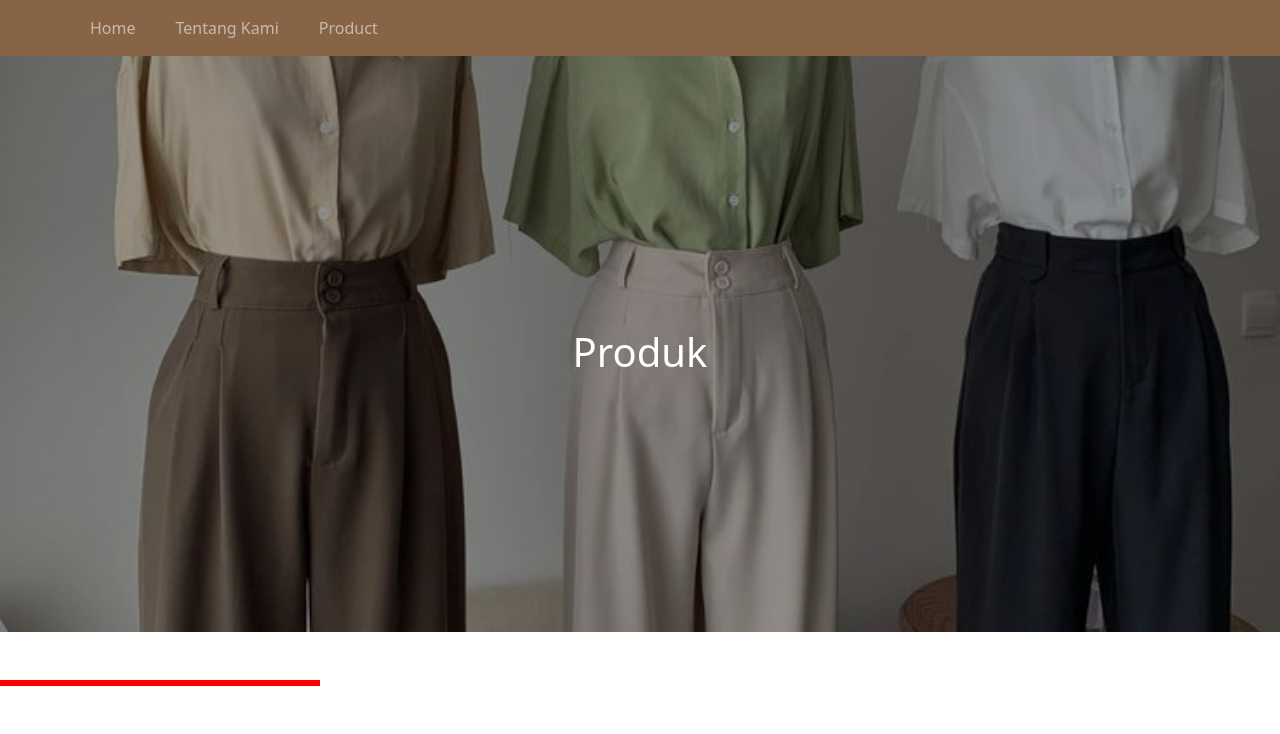
Repository: herman165/tugas_uas
Page: http://localhost/produk.php
These files come from the project's save history. The page is drawn as it stood at one moment and after the next save; the edit follows.
The browser window is 1280 px wide. The pictures show the whole page.
The page is run by PHP 8.4 with error messages shown; the project is at /var/www/html/.

Above is the page before, as saved 2024-12-11 03:14:55.

### produk.php

<!DOCTYPE html>
<html lang="en">
<head>
    <meta charset="UTF-8">
    <meta name="viewport" content="width=device-width, initial-scale=1.0">
    <title>Produk-Page</title>
    <link rel="stylesheet" href="bootstrap/css/bootstrap.min.css">
    <link rel="stylesheet" href="fontawesome/css/all.min.css">
    <link rel="stylesheet" href="css/style.css">
</head>
<body>
    <!-- navbar -->
    <?php require "navbar.php" ?>

    <!-- benner -->
     <div class="container-fluid banner d-flex align-items-center">
        <div class="container">
            <h1 class="mt-4 text-white text-center">Produk</h1>
        </div>
     </div>

    <!-- layout produk -->
        <div class="container-fluid py-5">
            <div class="row">
                <div class="col-md-3" style="border: solid red; height: "></div>
                <div class="col-md-6"></div>
            </div>
        </div>


    <script src="bootstrap/js/bootstrap.bundle.min.js"></script>
    <script src="fontawesome/js/all.min.js"></script>
</body>
</html>

### navbar.php
<!DOCTYPE html>
<html lang="en">
<head>
    <meta charset="UTF-8">
    <meta name="viewport" content="width=device-width, initial-scale=1.0">
    <title>Responsive Navbar</title>
     <link rel="stylesheet" href="bootstrap/css/bootstrap.min.css">

<style>

        /* Khusus tampilan HP */
        @media (max-width: 480px) {
            .navbar {
                background: linear-gradient(to right, #6a11cb, #2575fc); /* Gradient ungu ke biru */
                box-shadow: 0 4px 6px rgba(0, 0, 0, 0.3); /* Bayangan */
                border-radius: 5px; /* Membuat sudut melengkung */
            }

            .navbar-dark .nav-link {
                color: #ffffff;
                background-color: rgba(255, 255, 255, 0.2); /* Transparan putih */
                margin: 5px;
                padding: 10px;
                border-radius: 5px; /* Melengkung */
                text-align: center;
                transition: background-color 0.3s ease, color 0.3s ease;
            }

            .navbar-dark .nav-link:hover {
                background-color: rgba(255, 255, 255, 0.4); /* Lebih terang saat hover */
                color: #ffcc00; /* Warna kuning keemasan */
            }

            /* Tombol toggler */
            .navbar-dark .navbar-toggler {
                border: none;
                background-color: #ffffff; /* Putih */
                padding: 5px;
                border-radius: 3px; /* Melengkung */
            }

            .navbar-dark .navbar-toggler-icon {
                background-color: #6a11cb; /* Ungu */
                border-radius: 2px;
                width: 25px;
                height: 3px;
            }
        }

</style>

</head>
<body>
    <nav class="navbar navbar-expand-lg navbar-dark warna1">
        <div class="container">
            <button class="navbar-toggler" type="button" data-bs-toggle="collapse" data-bs-target="#navbarSupportedContent" aria-controls="navbarSupportedContent" aria-expanded="false" aria-label="Toggle navigation">
                <span class="navbar-toggler-icon"></span>
            </button>
            <div class="collapse navbar-collapse" id="navbarSupportedContent">
                <ul class="navbar-nav me-auto mb-2 mb-lg-0">
                    <li class="nav-item me-4 ">
                        <a class="nav-link " href="index.php">Home</a>
                    </li>
                    <li class="nav-item me-4 ">
                        <a class="nav-link" href="tentang-kami.php">Tentang Kami</a>
                    </li>
                    <li class="nav-item me-4 ">
                        <a class="nav-link" href="produk.php">Product</a>
                    </li>
                </ul>
            </div>
        </div>
    </nav>

    <script src="bootstrap/js/bootstrap.bundle.min.js"></script>
</body>
</html>

### css/style.css
.warna1 {
    background-color: #876445;
}
.warna2 {
    background-color: #CA965C;
}
.warna3 {
    background-color: #EEC373;
}
.warna4 {
    background-color: #F4DFBA;
}
.banner {
    height: 80vh; /* Mengisi seluruh tinggi layar */
    background: linear-gradient(rgba(0, 0, 0, 0.4), rgba(0, 0, 0, 0.4)), url('../image/benner\ new.jpg');
    background-size: cover; /* Memastikan gambar menutupi seluruh elemen */
    background-position: center; /* Memusatkan gambar */
    background-repeat: no-repeat; /* Mencegah gambar diulang */
}



@media (max-width: 768px) {
    .banner {
        height: 30vh;
    }
}
.highlighted-kategori{
    height: 250px;

}
.no-decoration{
    text-decoration: none;
    color:white;
}
.no-decoration:hover {
    color: #EEC373;
}

.kategori-baju-pria {
  background: linear-gradient(rgba(0, 0, 0, 0.4), rgba(0, 0, 0, 0.4)), url('../image/baju\ pria.jpg');
  background-size: cover;
  background-position: center;
  background-repeat: no-repeat;
}
.kategori-baju-wanita {
  background: linear-gradient(rgba(0, 0, 0, 0.4), rgba(0, 0, 0, 0.4)), url('../image/baju\ wanita.jpg');
  background-size: cover;
  background-position: center;
  background-repeat: no-repeat;

}
.kategori-sepatu-pria {
  background: linear-gradient(rgba(0, 0, 0, 0.4), rgba(0, 0, 0, 0.4)), url('../image/Vans\ Old\ Skool\ Sneakers\ in\ Black_White\ _\ VN000D3HY28\ -\ Men\ 13_Wmn\ 14_5\ _\ Black.jpg');
  background-size: cover;
  background-position: center;
  background-repeat: no-repeat;
}
.kategori-jam-pria {
  background: linear-gradient(rgba(0, 0, 0, 0.4), rgba(0, 0, 0, 0.4)), url('../image/Kegllect\ Men\ Life\ Waterproof\ Quartz\ Watch\ Mens\ Large\ Dial\ Sport\ Wristwatch\ Jam\ Tangan\ Lelaki.jpg');
  background-size: cover;
  background-position: center;
  background-repeat: no-repeat;
}
.text-harga{
    font-size: 20px;
    color:#CA965C;
}
.image-box {
    height: 200px;
}
.image-box img{
    height: 100%;
    width: 100%;
    object-fit: cover;
    object-position: center;
}
.subscribe-content {
    background-color: rgba(0, 0, 0, 0.7);
}
.subscribe-content a {
    color: #fff
}
.bounce-icon {
    font-size: 50px;
    color: #fff;
    animation: wave 2s infinite;
}
@keyframes wave {
    0% {
        transform: translateX(0) translateY(0);
    }
    40% {
        transform: translateX(10px) translateY(-10px);
    }
    50% {
        transform: translateX(-10px) translateY(10px);
    }
    60% {
        transform: translateX(10px) translateY(10px);
    }
    80% {
        transform: translateX(-10px) translateY(-10px);
    }
    100% {
        transform: translateX(0) translateY(0);
    }
}

Loaded but not shown: bootstrap/css/bootstrap.min.css (library); fontawesome/css/all.min.css (library); bootstrap/js/bootstrap.bundle.min.js (library)

After the next save:
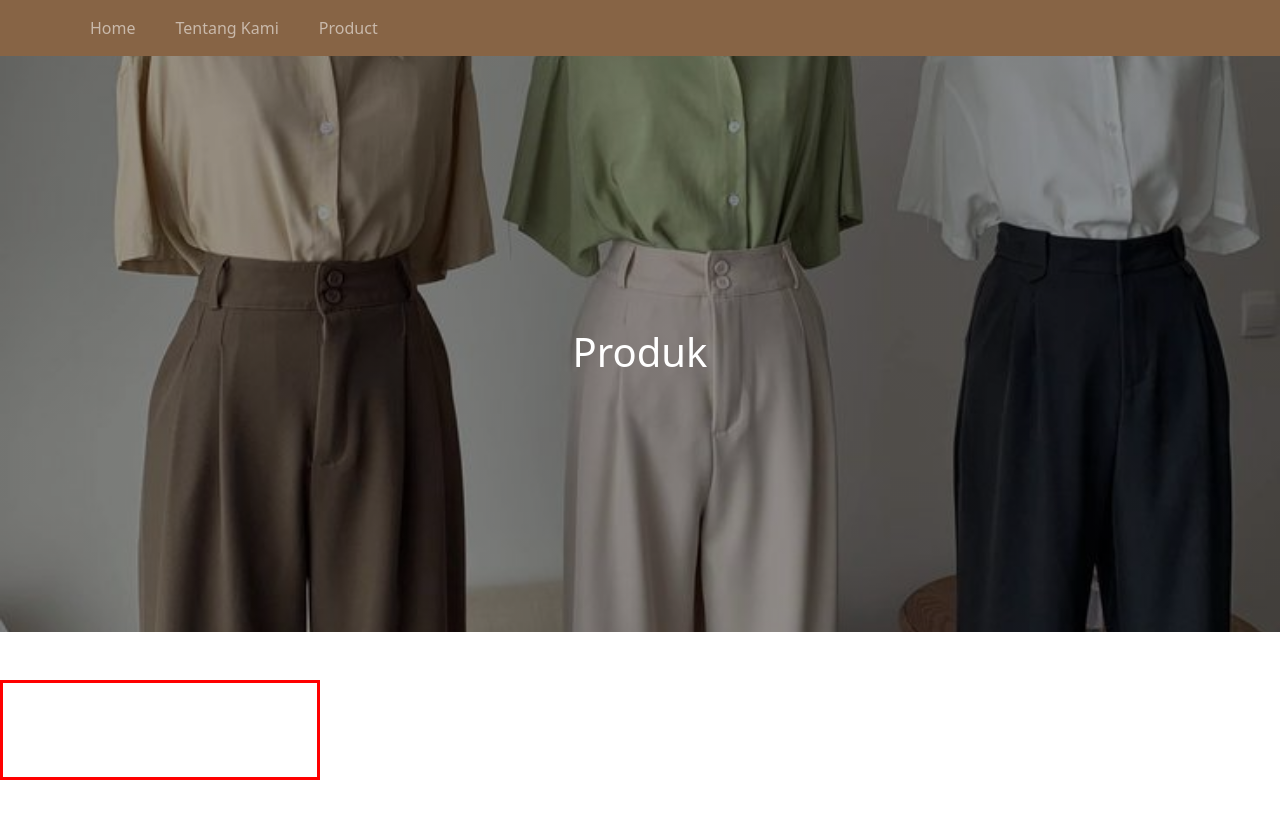
Saved 2 s later.
--- a/produk.php
+++ b/produk.php
@@ -23,7 +23,7 @@
     <!-- layout produk -->
         <div class="container-fluid py-5">
             <div class="row">
-                <div class="col-md-3" style="border: solid red; height: "></div>
+                <div class="col-md-3" style="border: solid red; height: 100px"></div>
                 <div class="col-md-6"></div>
             </div>
         </div>
